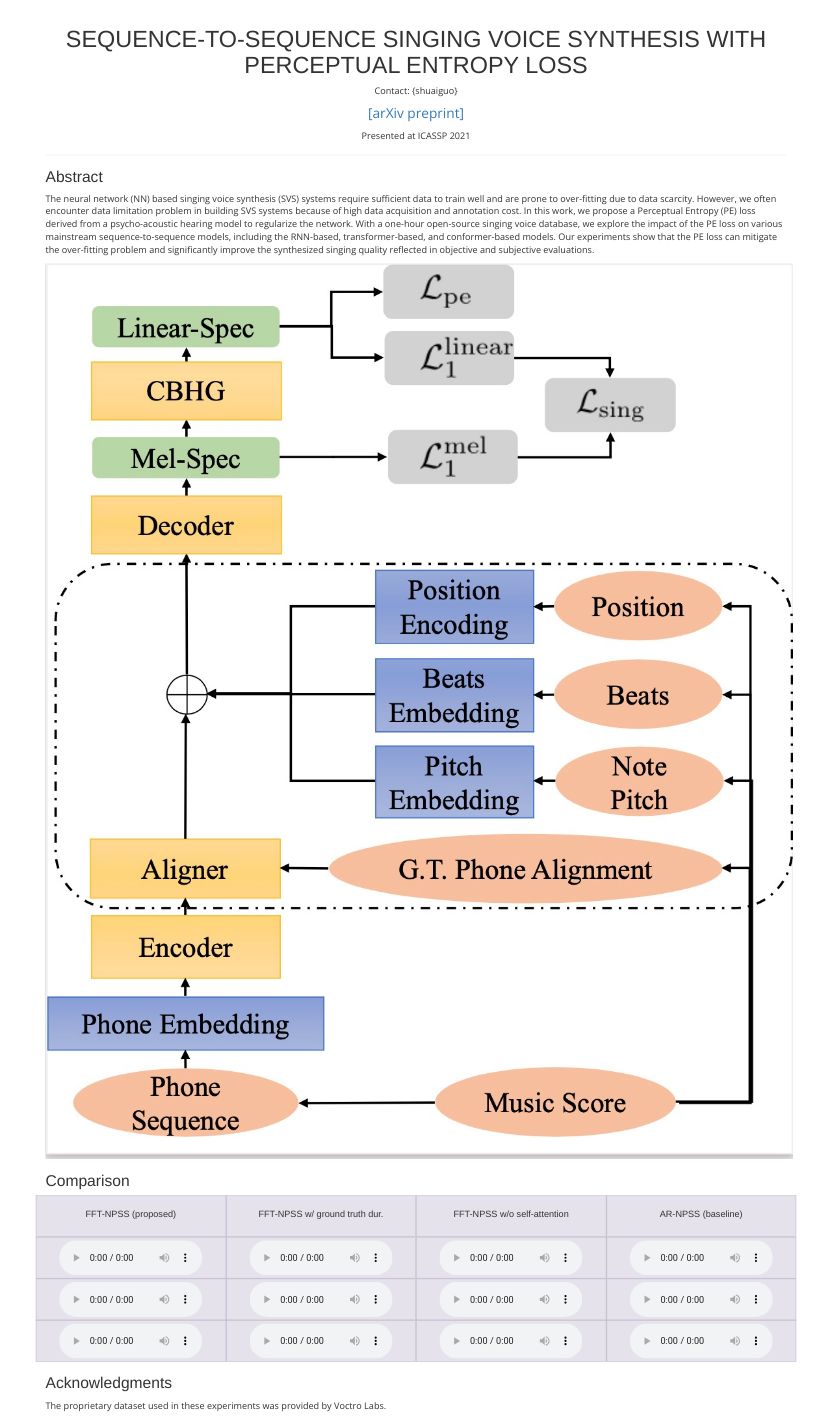
Repository: PeterGuoRuc/SVS_pe.github.io
Page: index.html
These files come from the project's save history. The page is drawn as it stood at one moment and after the next save; the edit follows.
The browser window is 1280 px wide. The pictures show the whole page, at 65% of full size.

Above is the page before, as saved 2021-06-06 16:39:31.

### index.html
<!DOCTYPE html>
<html lang="en">
  <head>
    <meta charset="utf-8">
    <meta http-equiv="X-UA-Compatible" content="IE=edge">
    <meta name="viewport" content="width=device-width, initial-scale=1">
    <meta name="description" content="">
    <meta name="author" content="">
    <link rel="shortcut icon" type="image/x-icon" href="../favicon.ico">

    <title>SEQUENCE-TO-SEQUENCE SINGING VOICE SYNTHESIS WITH PERCEPTUAL ENTROPY LOSS</title>

    <!-- Fonts -->
    <link href="https://fonts.googleapis.com/css?family=Abril+Fatface|Open+Sans" rel="stylesheet">

    <!-- Bootstrap core CSS -->
    <!--<link href="bootstrap/dist/css/bootstrap.min.css" rel="stylesheet">-->
    <link href="https://maxcdn.bootstrapcdn.com/bootstrap/3.3.7/css/bootstrap.min.css" rel="stylesheet">

    <!-- IE10 viewport hack for Surface/desktop Windows 8 bug -->
    <!--<link href="bootstrap/assets/css/ie10-viewport-bug-workaround.css" rel="stylesheet">-->
    <link href="https://maxcdn.bootstrapcdn.com/css/ie10-viewport-bug-workaround.css" rel="stylesheet">

    <!-- Custom styles for this template -->
    <link href="poster.css" rel="stylesheet">

    <!-- Just for debugging purposes. Don't actually copy these 2 lines! -->
    <!--[if lt IE 9]><script src="bootstrap/assets/js/ie8-responsive-file-warning.js"></script><![endif]-->
    <!--<script src="bootstrap/assets/js/ie-emulation-modes-warning.js"></script>-->

    <!-- HTML5 shim and Respond.js for IE8 support of HTML5 elements and media queries -->
    <!--[if lt IE 9]>
      <script src="https://oss.maxcdn.com/html5shiv/3.7.3/html5shiv.min.js"></script>
      <script src="https://oss.maxcdn.com/respond/1.4.2/respond.min.js"></script>
    <![endif]-->
  </head>

  <body>
    <div class="container">

      <div class="page-header">
        <h1>
          SEQUENCE-TO-SEQUENCE SINGING VOICE SYNTHESIS WITH PERCEPTUAL ENTROPY LOSS
        </h1>
        <p class="centered">Contact: {shuaiguo}</p>
        <p class="lead">
          <a class="lead_link" href="https://arxiv.org/abs/2010.12024">[arXiv preprint]</a>
        </p>
        <p class="centered">Presented at ICASSP 2021</p>
      </div>

      <h3>Abstract</h3>
      <p>The neural network (NN) based singing voice synthesis (SVS) systems require sufficient data to train well and are prone to over-fitting due to data scarcity.
        However, we often encounter data limitation problem in building SVS systems because of high data acquisition and annotation cost.
        In this work, we propose a Perceptual Entropy (PE) loss derived from a psycho-acoustic hearing model to regularize the network.
        With a one-hour open-source singing voice database, we explore the impact of the PE loss on various mainstream sequence-to-sequence models, including the RNN-based, transformer-based, and conformer-based models.
        Our experiments show that the PE loss can mitigate the over-fitting problem and significantly improve the synthesized singing quality reflected in objective and subjective evaluations.
      </p>

      <center><img src="files/svs_model.jpg"/></center>

      <h3>Comparison</h3>
      <div class="row">
        <div class="col-md-3">FFT-NPSS (proposed)</div>
        <div class="col-md-3">FFT-NPSS w/ ground truth dur.</div>
        <div class="col-md-3">FFT-NPSS w/o self-attention</div>
        <div class="col-md-3">AR-NPSS (baseline)</div>
      </div>
      <div class="row">
        <div class="col-md-3"><audio src="files/1_Feel_4.mp3" controls></audio></div>
        <div class="col-md-3"><audio src="files/2_Feel_4.mp3" controls></audio></div>
        <div class="col-md-3"><audio src="files/3_Feel_4.mp3" controls></audio></div>
        <div class="col-md-3"><audio src="files/4_Feel_4.mp3" controls></audio></div>
      </div>
      <div class="row">
        <div class="col-md-3"><audio src="files/1_Feel_19.mp3" controls></audio></div>
        <div class="col-md-3"><audio src="files/2_Feel_19.mp3" controls></audio></div>
        <div class="col-md-3"><audio src="files/3_Feel_19.mp3" controls></audio></div>
        <div class="col-md-3"><audio src="files/4_Feel_19.mp3" controls></audio></div>
      </div>
      <div class="row">
        <div class="col-md-3"><audio src="files/1_Rio_8.mp3" controls></audio></div>
        <div class="col-md-3"><audio src="files/2_Rio_8.mp3" controls></audio></div>
        <div class="col-md-3"><audio src="files/3_Rio_8.mp3" controls></audio></div>
        <div class="col-md-3"><audio src="files/4_Rio_8.mp3" controls></audio></div>
      </div>

      <h3>Acknowledgments</h3>
      <p>The proprietary dataset used in these experiments was provided by Voctro Labs.</p>


    </div> <!-- /container -->


    <!-- IE10 viewport hack for Surface/desktop Windows 8 bug -->
    <!--<script src="bootstrap/assets/js/ie10-viewport-bug-workaround.js"></script>-->
    <script src="https://maxcdn.bootstrapcdn.com/js/ie10-viewport-bug-workaround.js"></script>
  </body>
</html>

### poster.css

p {
  font-family: 'Open Sans', sans-serif;
  margin: 10px 0 10px;
}

.lead_link {
  margin: 0 5px 0 5px;
}

.lead {
  text-align: center;
  margin-bottom: 0;
}

.centered {
  text-align: center;
}

.image_title {
  text-align: center;
}

img.figure {
  display: block;
  margin-left: auto;
  margin-right: auto;
  max-width: 100%;
}

h1 {
  /* font-family: 'Abril Fatface', cursive; */
  text-align: center;
}

h4 {
  margin-top: 25px;
}
.row {
  margin-bottom: 0px;
  position: relative;
}

/* vertically center audio players */
.row audio {
    position: absolute;
    top: 0;
    left: 0;
    bottom: 0;
    right: 0;
    margin: auto;
    display: block;
    width: 220px;
}

[class*="col-"] {
  padding-top: 17px;
  padding-bottom: 17px;
  background-color: #eee;
  background-color: rgba(86,61,124,.15);
  border: 1px solid #ddd;
  border: 1px solid rgba(86,61,124,.2);
  height: 64px;
  text-align: center;
}

hr {
  margin-top: 40px;
  margin-bottom: 40px;
}

After the next save:
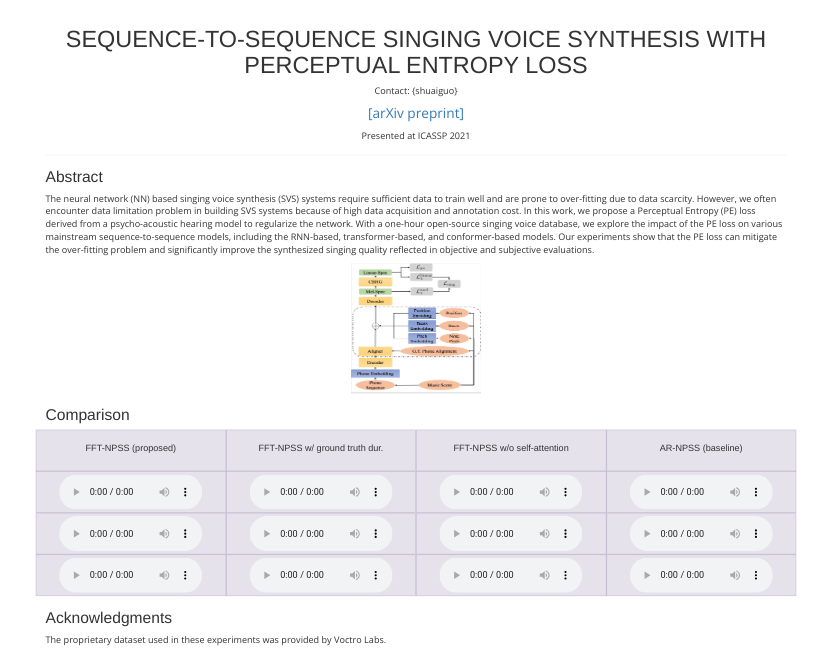
Saved 91 s later.
--- a/index.html
+++ b/index.html
@@ -57,7 +57,7 @@
         Our experiments show that the PE loss can mitigate the over-fitting problem and significantly improve the synthesized singing quality reflected in objective and subjective evaluations.
       </p>
 
-      <center><img src="files/svs_model.jpg"/></center>
+      <center><img src="files/svs_model.jpg"/ height="200" width="200"></center>
 
       <h3>Comparison</h3>
       <div class="row">
